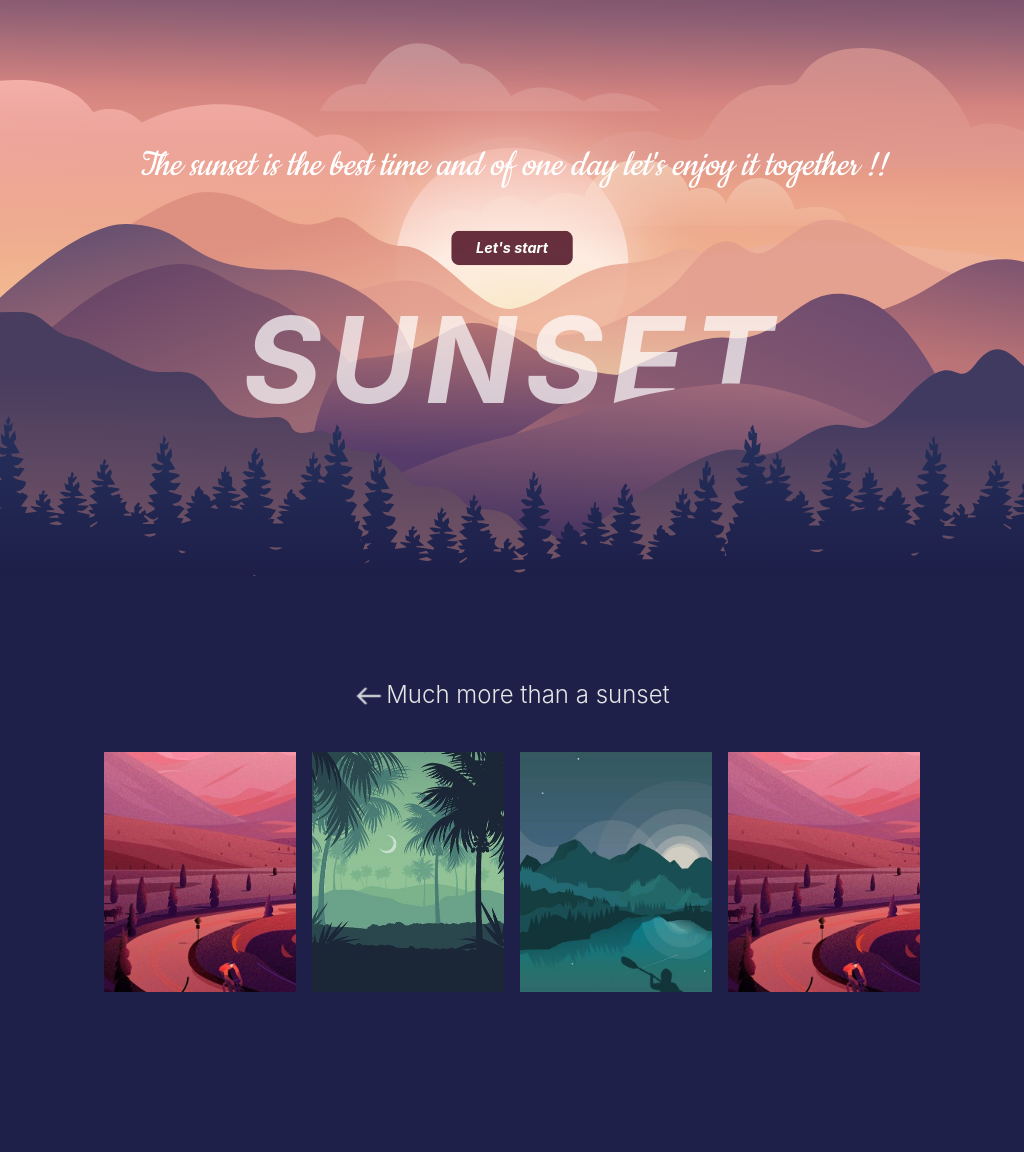
Repository: nambui98/parallax
Page: /
The author's editor kept a copy of each file at every save. The page is drawn from the files as they stood at one save, then again after the next save.
The browser window is 1280 px wide. The pictures show the whole page, at 80% of full size.
The project was rebuilt for these pictures with package versions that can differ from the ones it lists, and the page was loaded fresh each time. Also part of the build but not shown: vite.config.ts.

Above is the page before, as saved 2022-03-24 16:03:13.

### src/App.tsx
import { useEffect, useRef, useState } from 'react'
import { Link, useLocation, useNavigate } from 'react-router-dom';
import bg_1 from './assets/images/bg_1.svg'
import bg_2 from './assets/images/bg_2.svg'
import bg_3 from './assets/images/bg_3.svg'
import bg_4 from './assets/images/bg_4.svg'
import bg_5 from './assets/images/bg_5.svg'
import bg_6 from './assets/images/bg_6.svg'
import bg_7 from './assets/images/bg_7.svg'
import bg_8 from './assets/images/bg_8.svg'
import bg_9 from './assets/images/bg_9.svg'
import bg_10 from './assets/images/bg_10.svg'
import bg_11 from './assets/images/bg_11.svg'
import content1 from './assets/images/content1.png'
import content2 from './assets/images/content2.svg'
import content3 from './assets/images/content3.svg'
import content4 from './assets/images/content4.svg'
import icon from './assets/images/icon.svg'
import './App.scss'

function App() {
  let location = useLocation();
  console.log(location);

  const bg_1Ref = useRef<any>()
  const bg_2Ref = useRef<any>()
  const bg_3Ref = useRef<any>()
  const bg_4Ref = useRef<any>()
  const bg_5Ref = useRef<any>()
  const bg_6Ref = useRef<any>()
  const bg_7Ref = useRef<any>()
  const bg_8Ref = useRef<any>()
  const bg_9Ref = useRef<any>()
  const bg_10Ref = useRef<any>()
  const bg_11Ref = useRef<any>()
  const h3Ref = useRef<any>()
  const h1Ref = useRef<any>()
  const bannerRef = useRef<any>()
  const btnRef = useRef<any>()
  // console.log(location);

  useEffect(() => {
    window.addEventListener("scroll", () => {
      let value = window.scrollY;
      // h3Ref.current.style =
      // bg_1Ref.current.style.left = `calc(${value}px + 40rem)`;
      bg_9Ref.current.style.transform = `scale(${1 + value * 0.0005})`
      bg_10Ref.current.style.transform = `scale(${1 + value * 0.0005})`
      bg_8Ref.current.style.transform = `scale(${1 + value * 0.0005})`
      bg_7Ref.current.style.transform = `scale(${1 + value * 0.0005})`
      bg_6Ref.current.style.transform = `scale(${1 + value * 0.0005})`
      bg_5Ref.current.style.transform = `scale(${1 + value * 0.0005})`
      bg_4Ref.current.style.transform = `translateX(-50%) scale(${1 + value * 0.0005})`
      bg_3Ref.current.style.transform = `scale(${1 + value * 0.0005})`
      bg_2Ref.current.style.transform = `scale(${1 + value * 0.0005})`
      bg_1Ref.current.style.transform = `scale(${1 + value * 0.0005})`
      bg_11Ref.current.style.transform = `scale(${1 + value * 0.0004})`

      h3Ref.current.style.transform = `translateZ(${value * 0.8}px) scale(${1 + (value * 0.0009)})`
      h1Ref.current.style.transform = `translateY(${value * 0.2}px)`
      btnRef.current.style.transform = `translate(-50%, calc(-50% - ${value * 0.2}px))`
      console.log();

    })

    return () => {
      window.removeEventListener("scroll", () => {

      })
    }
  }, [])
  useEffect(() => {
    let url = window.location.href.split("/");
    // debugger
    let target = url[url.length - 1].toLowerCase();
    let element = document.getElementById(target);
    element && element.scrollIntoView({ behavior: "smooth", block: "start" });
  }, [location]);
  return (
    <div className="App">
      <div className="main">
        <div className="banner" ref={bannerRef}>
          <img className='bg_1' ref={bg_1Ref} src={bg_1} alt="" />
          <img className='bg_2' ref={bg_2Ref} src={bg_2} alt="" />
          <img className='bg_3' ref={bg_3Ref} src={bg_3} alt="" />
          <img className='bg_4' ref={bg_4Ref} src={bg_4} alt="" />
          <img className='bg_5' ref={bg_5Ref} src={bg_5} alt="" />
          <img className='bg_6' ref={bg_6Ref} src={bg_6} alt="" />
          <img className='bg_7' ref={bg_7Ref} src={bg_7} alt="" />
          <img className='bg_8' ref={bg_8Ref} src={bg_8} alt="" />
          <img className='bg_9' ref={bg_9Ref} src={bg_9} alt="" />
          <img className='bg_10' ref={bg_10Ref} src={bg_10} alt="" />
          <img className='bg_11' ref={bg_11Ref} src={bg_11} alt="" />

          <h3 ref={h3Ref}>The sunset is the best time and of one day let's enjoy it together !!</h3>
          <h1 ref={h1Ref}>Sunset</h1>
        </div>
        <Link to="/content" className="btn" ref={btnRef}>Let's start</Link>
        <div className="content" id="content">
          <h1><img src={icon} alt="" /> Much more than a sunset</h1>
          <div className="content__list">
            <div className="content__card">
              <div className="content__bg">
              </div>
              <h3 className='content__txt'>Enjoy the scenery on the road</h3>
            </div>
            <div className="content__card">
              <div className="content__bg content__bg--2">
              </div>
              <h3 className='content__txt'>Enjoy the scenery on the road</h3>
            </div>
            <div className="content__card">
              <div className="content__bg content__bg--3">
              </div>
              <h3 className='content__txt'>Enjoy the scenery on the road</h3>
            </div>
            <div className="content__card">
              <div className="content__bg content__bg--4">
              </div>
              <h3 className='content__txt'>Enjoy the scenery on the road</h3>
            </div>
          </div>
        </div>
      </div>
    </div>
  )
}

export default App

### src/App.scss
@import url('https://fonts.googleapis.com/css2?family=Cookie&display=swap');
*,
*::after,
*::before{
  padding: 0;
  margin: 0;
  box-sizing: inherit;
}
html{
  font-size: 62.5%;
  box-sizing: border-box;
}
.main{
  // perspective: 1px;

}
.banner{
  background: linear-gradient(181.12deg, #6D4869 -4.47%, #906074 5.09%, #D58480 18.15%, #ECA58B 34.03%, #F8C995 69.69%);
  height: 100vh;
  position: relative;
  z-index: -1;
  overflow: hidden;
  perspective: 1000px;
  h3{
    position: absolute;
    top: 18rem;
    width: 100%;
    font-size: 5rem;
    font-weight: 400;
    font-style: italic;
    color: #fff;
    font-family: 'Cookie', cursive;
    text-align: center;
    // left: 50%;
    // transform: translateX(-50%);
  }
  h1{
    position: absolute;
    bottom: 18rem;
    width: 100%;
    font-size: 15rem;
    font-style: italic;
    color: rgba(255, 255, 255, .7);
    text-align: center;
    text-transform: uppercase;
    z-index: 0;
    letter-spacing: 1rem;
  }
  img{
    position: absolute;
    z-index: 0;
    &.bg_1{
      top: 5.4rem;
      left: 40rem;
    }
    &.bg_2{
      left: 0;
      top: 10rem;
    }
    &.bg_3{
      right: 0;
      top: 6rem;
    }
    &.bg_4{
      left: 50%;
      top: 8rem;
      transform: translateX(-50%);
      // top: 28.6rem;
      width: 50rem;
    }
    &.bg_5{
      right: 22rem;
      top: 20rem;
    }
    &.bg_6{
      right: 0;
      left: 0;
      top: 24rem;
      width: 100%;
    }
    &.bg_7{
      right: 0;
      left: 0;
      top: 28rem;
      width: 100%;
      // z-index: 1;
    }
     &.bg_8{
      bottom: -3rem;
      width: 100%;
      z-index: 2;
    }
    &.bg_9{
      width: 100%;
      top: 33rem;
      // z-index: 1;
    }
    &.bg_10{
      bottom: -6rem;
      z-index: 1;
    }
    &.bg_11{
      bottom: 0rem;
      width: 100%;
      z-index: 2;
    }
  }
}
.btn{
  z-index: 100;

  position: absolute;
  top: calc(50% - 5rem);
  left: 50%;
  transform: translate(-50%, -50%);
  border: none;
  background: rgba(65, 0, 22, 0.8);
  font-style: italic;
  color: #fff;
  padding: 1rem 3rem;
  border-radius: 1rem;
  cursor: pointer;
  font-size: 1.8rem;
  font-weight: 700;
  border: 1px solid transparent;
  // transition: .3s all;
  text-decoration: none;
  &:hover{
    color: rgba(65, 0, 22, 0.8);
    background: transparent;
    border-color: rgba(65, 0, 22, 0.8);
  }
}
.content{
  height: 100vh;
  width: 100%;
  background-color: #1E2049;
}
.content{
  display: flex;
  align-items: center;
  flex-direction: column;
  h1{
    color: #E5E5E5;
    font-size: 3rem;
    font-weight: 300;
    margin-top: 13rem;
    display: flex;
    img{
      height: 4rem;
    }
  }
  &__list{
    display: flex;
    justify-content: space-between;
    gap: 2rem;
    height: 30rem;
    margin-top: 5rem;
  }
  &__card{
    width: 24rem;
    overflow: hidden;
    position: relative;
    cursor: pointer;
  }
  &__bg{
    transform: scaleX(-1);
    position: absolute;
    inset: 0;
    &::before{
      content:"";
      background-image: url(./assets/images/content1.png);
      background-size: cover;
      background-position-x: -30px;
      background-position-y: -100px;
      background-repeat: no-repeat;
      background-origin: content-box;
      position: absolute;
      inset: 0;
      transform: scale(1.5);
      transition: .3s all;
    }
    &--2{
      transform: scaleX(-1);
      &::before{
        background-image: url(./assets/images/content2.png);
        background-position-x: 0;
        background-position-y: 0;
      }
    }
    &--3{
      &::before{
        background-image: url(./assets/images/content3.png);
        // background-position-x: right;
        // background-position-y: top;
      }
    }

  }
  &__img{
    width: 100%;
    height: 100%;
    object-fit: cover;
  }
  &__txt{
    height: 9.4rem;
    background: rgba(0, 0, 0, 0.1);
    backdrop-filter: blur(80px);
    position: absolute;
    bottom: 0;
    width: 100%;
    color: #E5E5E5;
    font-size: 2rem;
    font-weight: normal;
    padding: 2rem;
    height: 0;
    opacity: 0;
    transition: .3s all;
  }
  &__card:hover &__txt{
    height: 9.4rem;
    opacity: 1;
  }
  &__card:hover &__bg::before{
    background-position-x: 0px;
    background-position-y: -150px;
    transform: scale(1);
  }
   &__card:hover &__bg--2::before{
    background-position-x: 0px;
    background-position-y: 0px;
  }
  // &__card:hover{
  //   height: calc(100% - 9.4rem);
  // }
}

Loaded but not shown: index.html (common file); src/main.tsx (common file); src/index.css (common file)

After the next save:
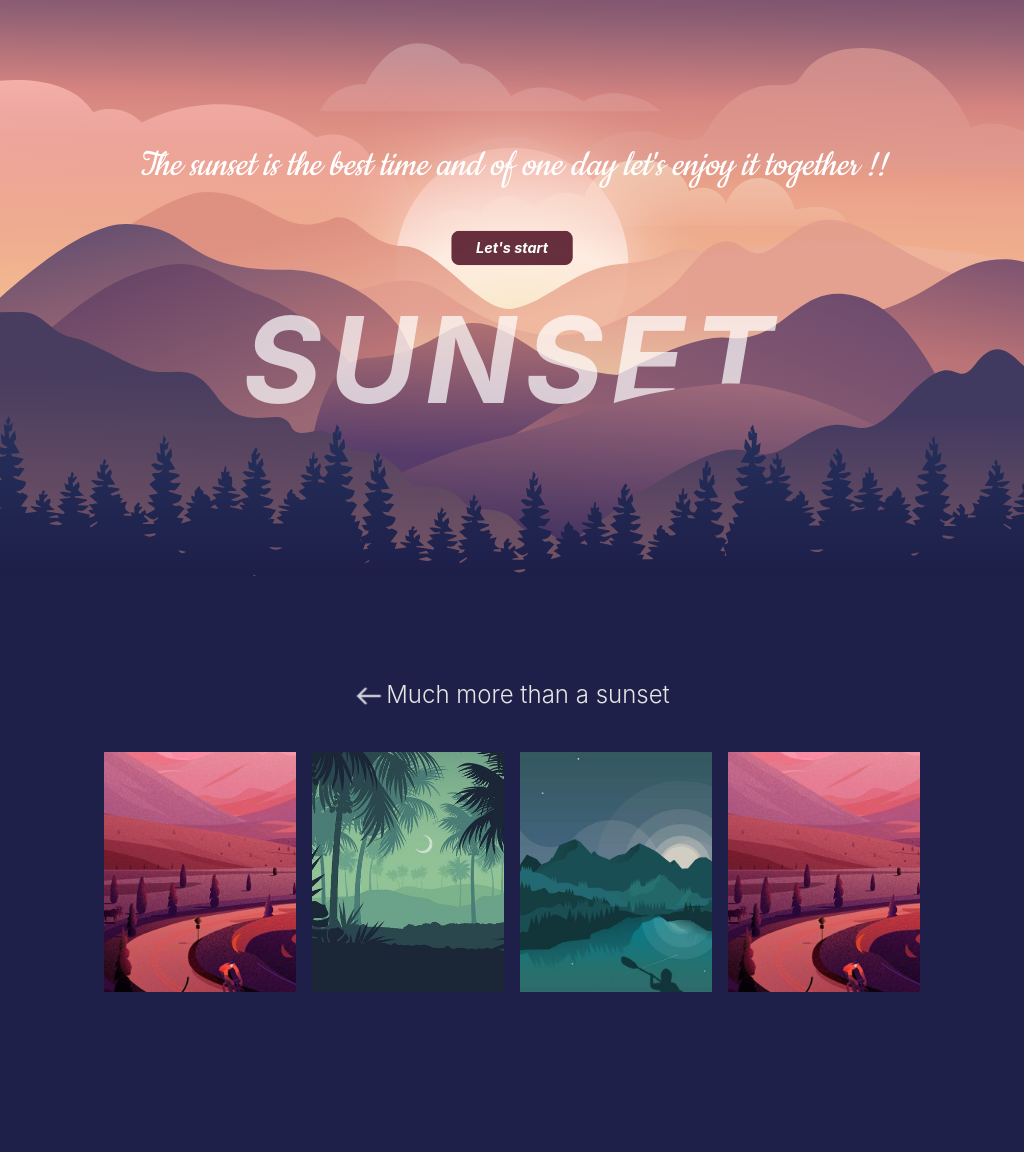
Saved 40 s later.
--- a/src/App.scss
+++ b/src/App.scss
@@ -184,7 +184,7 @@ html{
       transform: scaleX(-1);
       &::before{
         background-image: url(./assets/images/content2.png);
-        background-position-x: 0;
+        // background-position-x: 0;
         background-position-y: 0;
       }
     }
